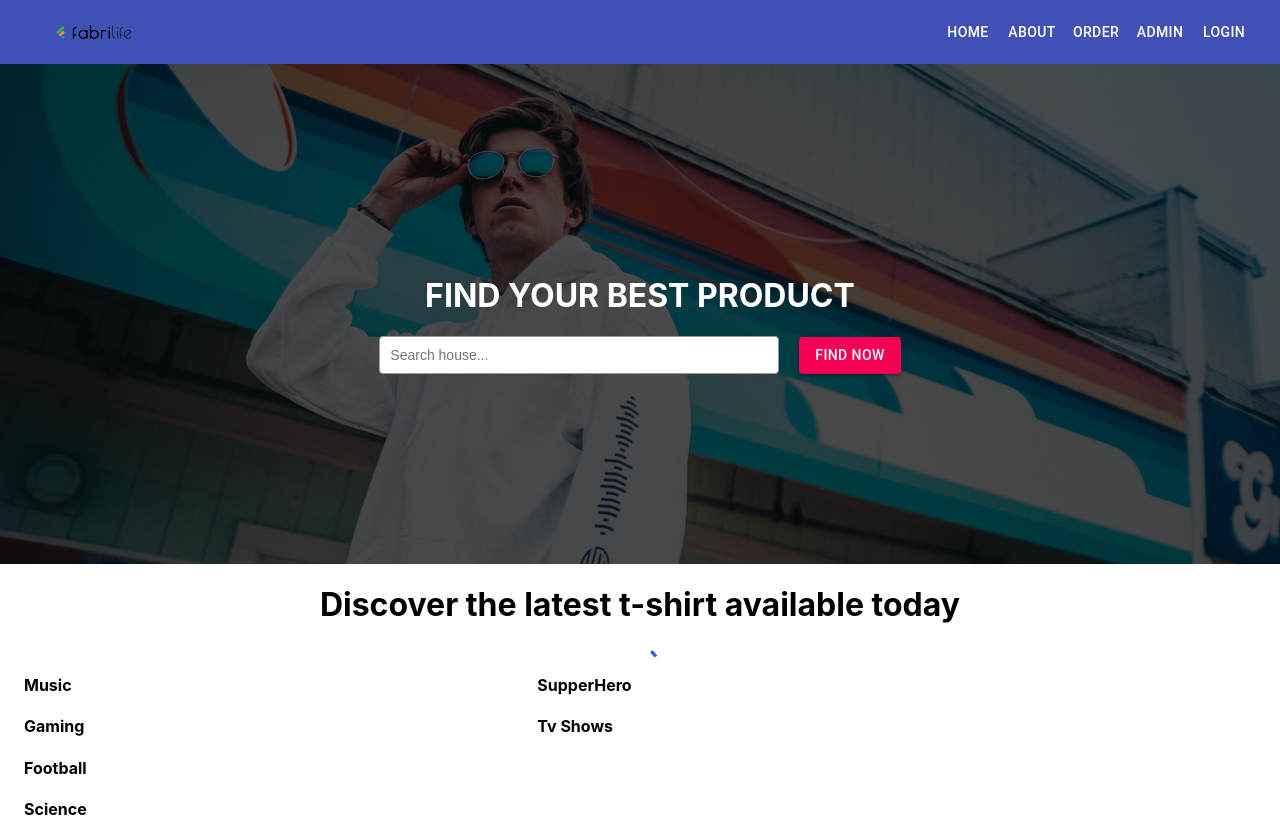
Repository: arif286/fabrilife-E-commerce-client-site
Page: /home
An editor plug-in stored every save of this project. The page is shown before and after the next save, followed by the edit.
The browser window is 1280 px wide. The pictures show the whole page.
The page's requests for data from a server got no answer. The project was rebuilt for these pictures with package versions that can differ from the ones it lists, and the page was loaded fresh each time. No one was signed in, and anything a server would have sent is missing. Also part of the build but not shown: src/components/Admin/Admin.css, src/components/Admin/AddEvent/AddEvent.css, src/components/Admin/AddEvent/AddEvent.js, src/components/Admin/ProductManage/ProductManage.js, src/components/Admin/Sidebar/Sidebar.css, src/components/Admin/Sidebar/Sidebar.js, src/components/Admin/Admin.js, src/components/CheckOut/CheckOut.css and 8 more.

Above is the page before, as saved 2021-04-01 01:20:22.

### src/App.js
import React, { createContext, useState } from "react";
import { BrowserRouter as Router, Route, Switch } from "react-router-dom";
import Admin from "./components/Admin/Admin";
import CheckOut from "./components/CheckOut/CheckOut";
import Header from "./components/Header/Header";
import Home from "./components/Home/Home";
import Login from "./components/Login/Login";
import NoMatch from "./components/NoMatch/NoMatch";
import Order from "./components/Order/Order";
import PrivateRoute from "./components/PrivateRoute/PrivateRoute";

export const UserContext = createContext()

function App() {
  const [loggedInUser, setLoggedInUser] = useState({});
  return (
    <UserContext.Provider value={[loggedInUser, setLoggedInUser]}>
      <Router>
        <Header />
        <Switch>
          <Route path="/home">
            <Home />
          </Route>
          <PrivateRoute path="/admin">
            <Admin/>
          </PrivateRoute>
          <PrivateRoute path="/productDetails/:id">
            <CheckOut />
          </PrivateRoute>
          <PrivateRoute path='/order'>
            <Order/>
          </PrivateRoute>
          <Route path="/login">
            <Login />
          </Route>
          <Route exact path="/">
            <Home />
          </Route>
          <Route path="*">
            <NoMatch />
          </Route>
        </Switch>
      </Router>
    </UserContext.Provider>
  );
}

export default App;

### src/components/Header/Header.js
import AppBar from "@material-ui/core/AppBar";
import Button from "@material-ui/core/Button";
import { makeStyles } from "@material-ui/core/styles";
import Toolbar from "@material-ui/core/Toolbar";
import Typography from "@material-ui/core/Typography";
import React from "react";
import { NavLink } from "react-router-dom";
import logo from "../../tshirt-shop/logos/fabrilife.svg";
import "./Header.css";

const useStyles = makeStyles((theme) => ({
  root: {
    flexGrow: 1,
  },
  menuButton: {
    marginRight: theme.spacing(2),
  },
  title: {
    flexGrow: 1,
  },
}));

const Header = () => {
  const classes = useStyles();

  return (
    <div className={classes.root}>
      <AppBar position="static">
        <Toolbar>
          <img
            style={{ width: "80px", marginLeft: "30px" }}
            src={logo}
            alt=""
          />
          {/* <IconButton
              edge="start"
              className={classes.menuButton}
              color="inherit"
              aria-label="menu"
            >
              <MenuIcon />
            </IconButton> */}
          <Typography variant="h6" className={classes.title}></Typography>
          <NavLink className="header-link" to="/home">
            <Button color="inherit">Home</Button>
          </NavLink>
          <NavLink className="header-link" to="/home">
            <Button color="inherit">About</Button>
          </NavLink>
          <NavLink className="header-link" to="/order">
            <Button color="inherit">Order</Button>
          </NavLink>
          <NavLink className="header-link" to="/admin">
            <Button color="inherit">Admin</Button>
          </NavLink>
          <NavLink className="header-link" to="/login">
            <Button color="inherit">Login</Button>
          </NavLink>
        </Toolbar>
      </AppBar>
    </div>
  );
};

export default Header;

### src/components/Home/Home.js
import React from 'react';
import LatestProduct from '../LatestProduct/LatestProduct';
import SearchBar from '../SearchBar/SearchBar';
import Shop from '../Shop/Shop';

const Home = () => {
    return (
        <>
            <SearchBar/>
            <Shop />
            <LatestProduct/>
        </>
    );
};

export default Home;

### src/components/Header/Header.css
.header-link {
  text-decoration: none;
  color: white;
}

### src/components/LatestProduct/LatestProduct.js
import { Container, Grid } from '@material-ui/core';
import React from 'react';


const LatestProduct = () => {
    return (
      <Container>
        <Grid container>
          <Grid item md={5} sm={12}>
            <div className="music latest-product">
              <h4>Music</h4>
            </div>
            <div className="gaming latest-product">
              <h4>Gaming</h4>
            </div>
            <div className="football latest-product">
              <h4>Football</h4>
            </div>
            <div className="science latest-product">
              <h4>Science</h4>
            </div>
          </Grid>
          <Grid item sm={12} md={7}>
            <div className="supperHero latest-product">
              <h4>SupperHero</h4>
            </div>
            <div className="shows latest-product">
              <h4>Tv Shows</h4>
            </div>
          </Grid>
        </Grid>
      </Container>
    );
};

export default LatestProduct;

### src/components/SearchBar/SearchBar.js
import { Button } from "@material-ui/core";
import React from "react";
import "./SearchBar.css";

const SearchBar = () => {
  return (
    <div className="bgImage">
      <div className="search-bar">
        <h1>Find your best product</h1>
        <div className="search-bar">
          <input placeholder="Search house..." type="text" />
          <Button color="secondary" variant="contained">
            Find Now
          </Button>
        </div>
      </div>
    </div>
  );
};

export default SearchBar;

### src/components/Shop/Shop.js
import { Container, Grid } from "@material-ui/core";
import CircularProgress from "@material-ui/core/CircularProgress";
import axios from "axios";
import React, { useEffect, useState } from "react";
import ShopCard from "./ShopCard/ShopCard";

const Shop = () => {
     const [event, setEvent] = useState([]);

     useEffect(() => {
       axios
         .get("http://localhost:5000/event")
         .then((res) => setEvent(res.data))
         .catch((error) => console.log(error));
     }, []);

    return (
      <div>
        <Container>
          <Grid container direction="column" alignItems="center">
            <h1> Discover the latest t-shirt available today</h1>
            {event.length === 0 && <CircularProgress />}
          </Grid>
          <Grid container spacing={4}>
            {event.map((product, index) => (
              <Grid item xs={12} sm={6} md={4}>
                <ShopCard product={product} key={index} />
              </Grid>
            ))}
          </Grid>
        </Container>
      </div>
    );
};

export default Shop;

### src/components/SearchBar/SearchBar.css
.bgImage {
  background-image: linear-gradient(#000000b3, #000000b3),
    url("../../tshirt-shop/images/websiteheader2.png") !important;
  background-repeat: no-repeat;
  background-size: cover;
  min-height: 500px;
  width: 100%;
  display: flex;
  justify-content: center;
  align-items: center;
}
.search-bar h1 {
  color: white;
  text-transform: uppercase;
}
.search-bar input {
  min-width: 400px;
  display: inline-block;
  box-sizing: border-box;
  padding: 10px;
  border-radius: 4px;
  font-size: 14px;
  border: 1px solid #999999;
  outline: none;
  margin-right: 20px;
}
.search-bar {
  text-align: center;
}

Loaded but not shown: public/index.html (common file); src/index.js (common file); src/index.css (common file); src/reportWebVitals.js (common file); src/components/Shop/ShopCard/ShopCard.css (no stored copy; drawn as an empty file)

After the next save:
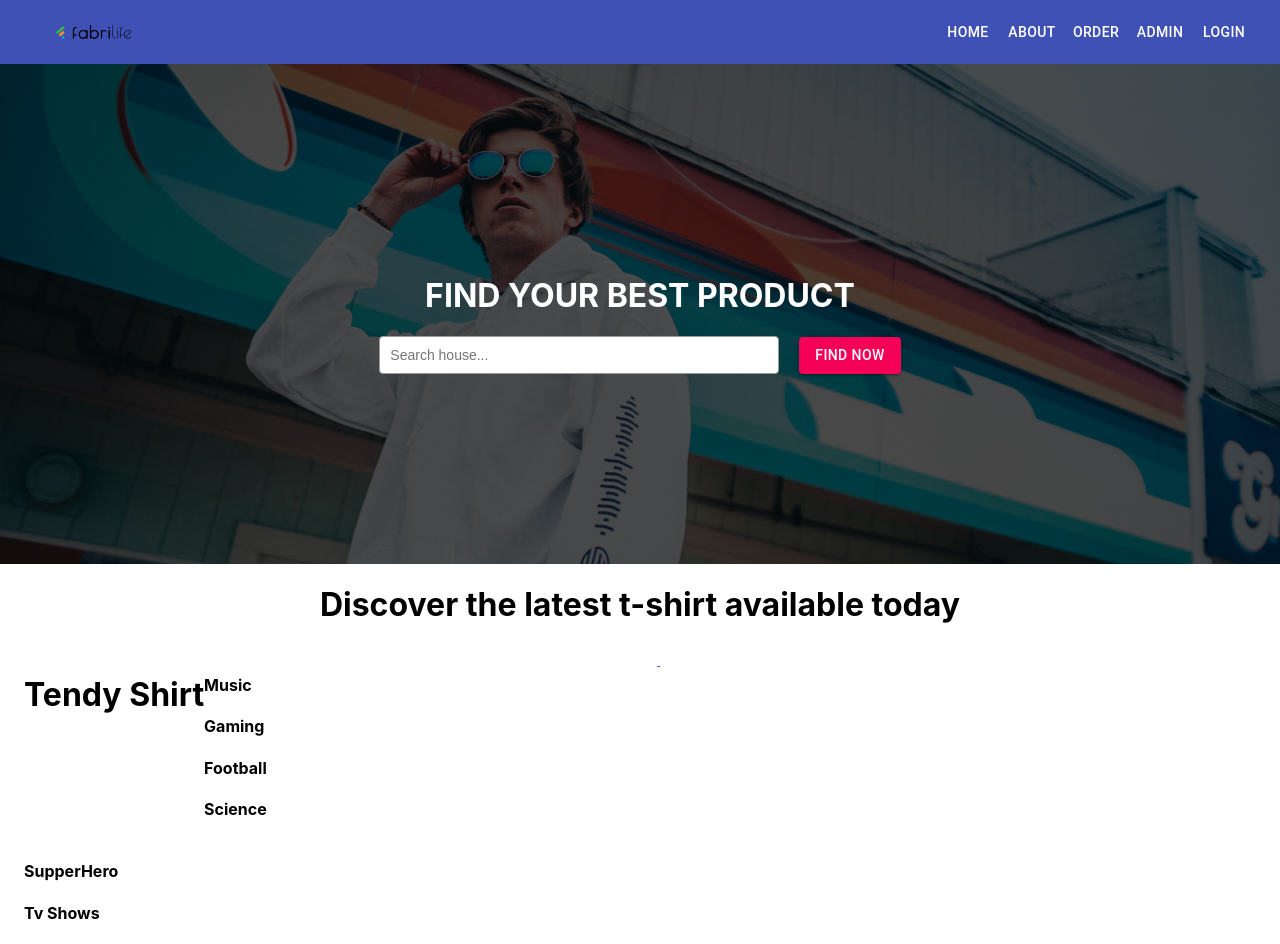
Saved 55 s later.
--- a/src/components/LatestProduct/LatestProduct.js
+++ b/src/components/LatestProduct/LatestProduct.js
@@ -5,7 +5,8 @@ import React from 'react';
 const LatestProduct = () => {
     return (
       <Container>
-        <Grid container>
+            <Grid container>
+                <h1>Tendy Shirt</h1>
           <Grid item md={5} sm={12}>
             <div className="music latest-product">
               <h4>Music</h4>
